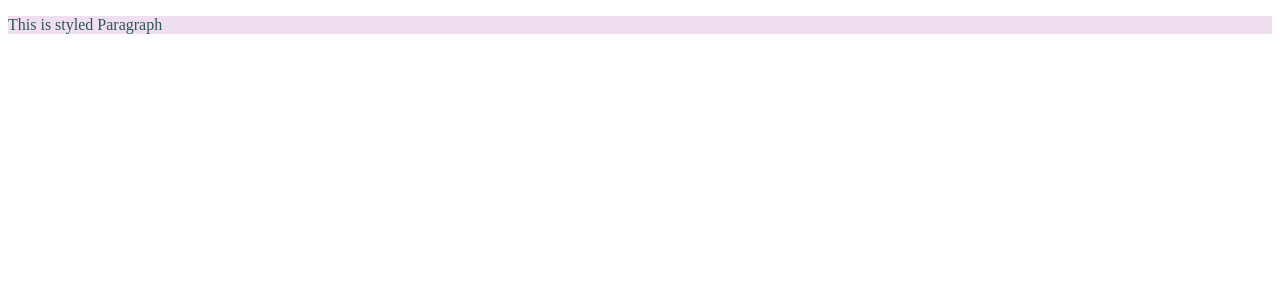
Repository: linas-dev/HTML-CSS-Projects
Page: Basic_HTML_and_CSS/Basic_HTML_5.html
The author's editor kept a copy of each file at every save. The page is drawn from the files as they stood at one save, then again after the next save.
The browser window is 1280 px wide. The pictures show the whole page.

Above is the page before, as saved 2021-05-29 18:06:58.

### Basic_HTML_and_CSS/Basic_HTML_5.html
<!DOCTYPE html>
<html lang="en">
<head>
    <meta charset="UTF-8">
    <meta http-equiv="X-UA-Compatible" content="IE=edge">
    <meta name="viewport" content="width=device-width, initial-scale=1.0">
    <link rel="stylesheet" href="Basic_CSS_2.css">
    <title>Document</title>
</head>
<body>
    <p>This is styled Paragraph </p>
</body>
</html>

### Basic_HTML_and_CSS/Basic_CSS_2.css
p {
    color: #2E5757;
    background: #F0DFEE;
    font-weight: lighter;
}

After the next save:
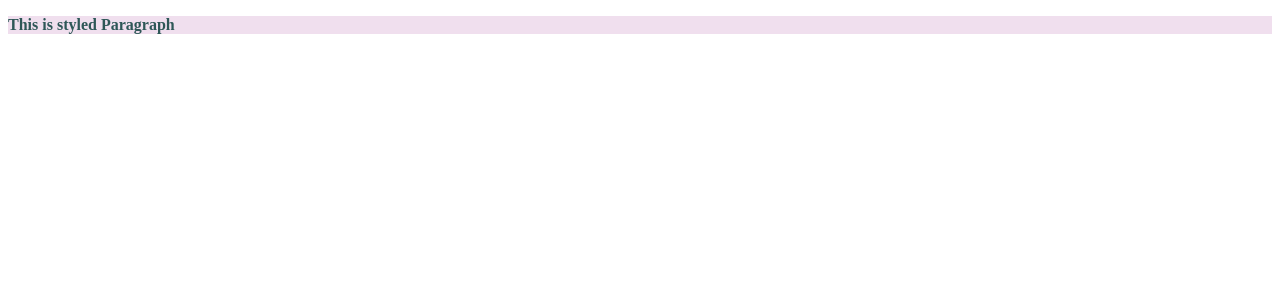
Saved 6 s later.
--- a/Basic_HTML_and_CSS/Basic_CSS_2.css
+++ b/Basic_HTML_and_CSS/Basic_CSS_2.css
@@ -1,5 +1,5 @@
 p {
     color: #2E5757;
     background: #F0DFEE;
-    font-weight: lighter;
+    font-weight: BOLD;
 }
